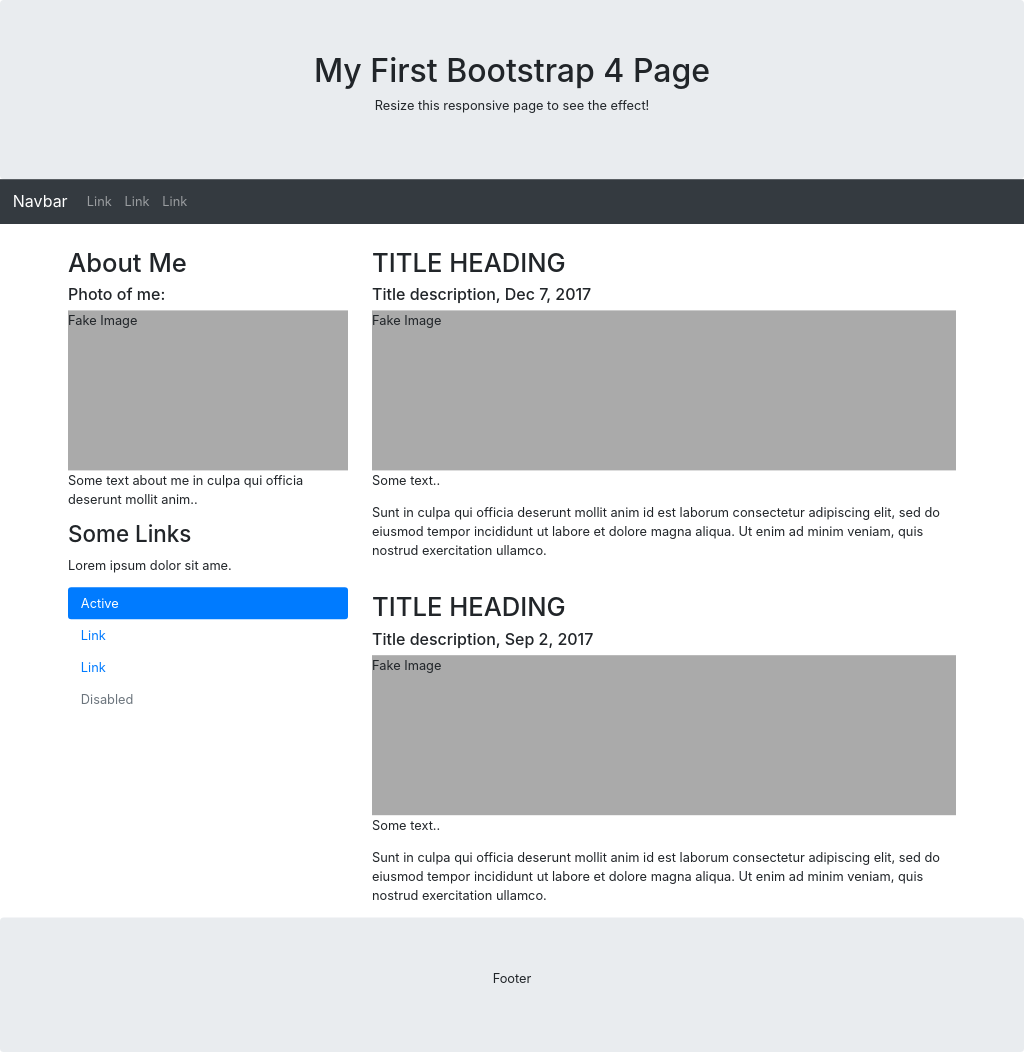
Repository: Anusha-Shilamkoti/Anusha
Page: MyFirstWebProject/WebContent/index.html
These files come from the project's save history. The page is drawn as it stood at one moment and after the next save; the edit follows.
The browser window is 1280 px wide. The pictures show the whole page, at 80% of full size.

Above is the page before, as saved 2020-01-18 10:01:24.

After the next save:
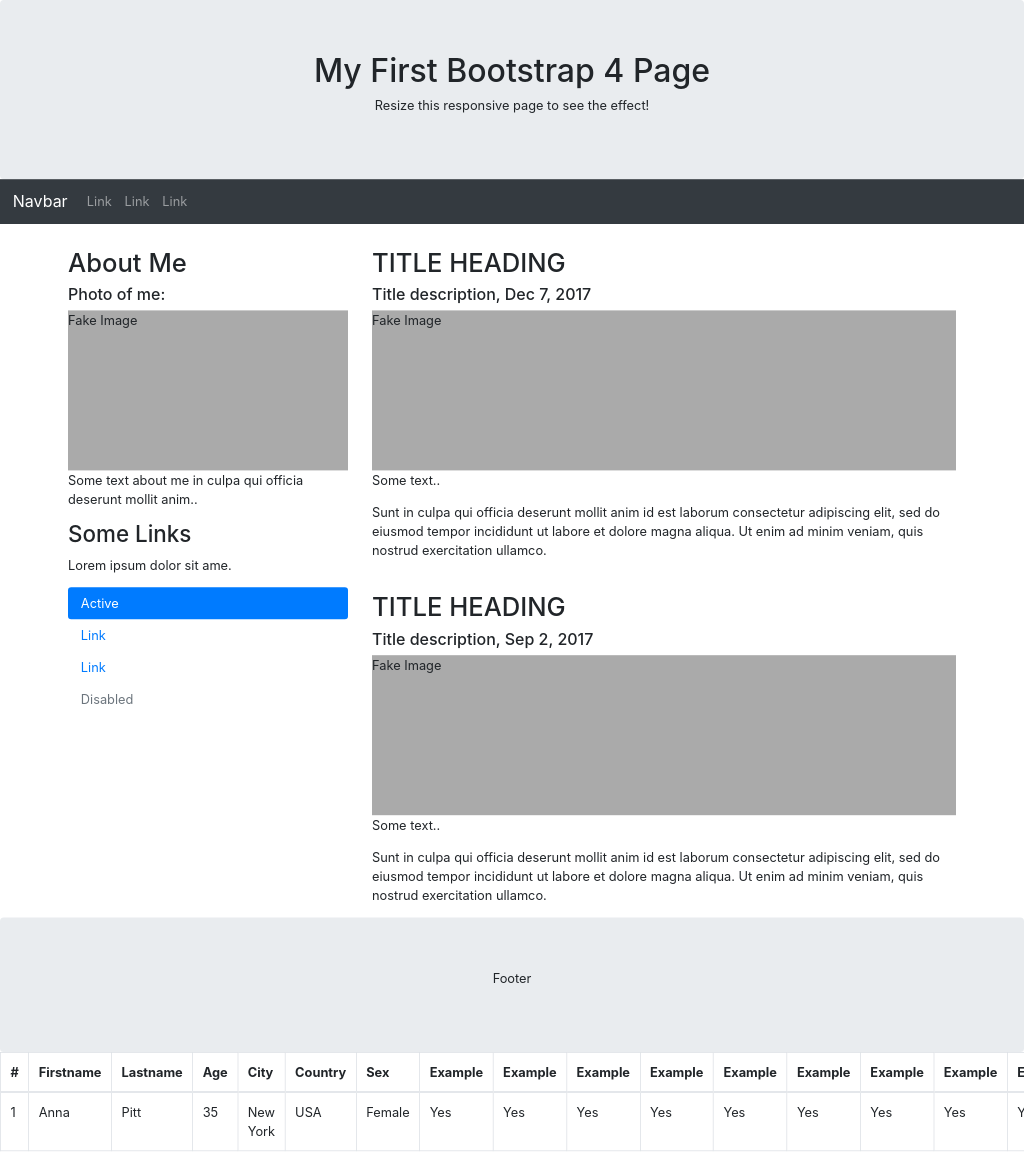
Saved 50 min 11 s later.
--- a/MyFirstWebProject/WebContent/index.html
+++ b/MyFirstWebProject/WebContent/index.html
@@ -86,6 +86,57 @@
 <div class="jumbotron text-center" style="margin-bottom:0">
   <p>Footer</p>
 </div>
+ <div class="table-responsive">
+    <table class="table table-bordered">
+      <thead>
+        <tr>
+          <th>#</th>
+          <th>Firstname</th>
+          <th>Lastname</th>
+          <th>Age</th>
+          <th>City</th>
+          <th>Country</th>
+          <th>Sex</th>
+          <th>Example</th>
+          <th>Example</th>
+          <th>Example</th>
+          <th>Example</th>
+          <th>Example</th>
+          <th>Example</th>
+          <th>Example</th>
+          <th>Example</th>
+          <th>Example</th>
+          <th>Example</th>
+          <th>Example</th>
+          <th>Example</th>
+        </tr>
+      </thead>
+      <tbody>
+        <tr>
+          <td>1</td>
+          <td>Anna</td>
+          <td>Pitt</td>
+          <td>35</td>
+          <td>New York</td>
+          <td>USA</td>
+          <td>Female</td>
+          <td>Yes</td>
+          <td>Yes</td>
+          <td>Yes</td>
+          <td>Yes</td>
+          <td>Yes</td>
+          <td>Yes</td>
+          <td>Yes</td>
+          <td>Yes</td>
+          <td>Yes</td>
+          <td>Yes</td>
+          <td>Yes</td>
+          <td>Yes</td>
+        </tr>
+      </tbody>
+    </table>
+  </div>
+</div>
 
 </body>
 </html>
